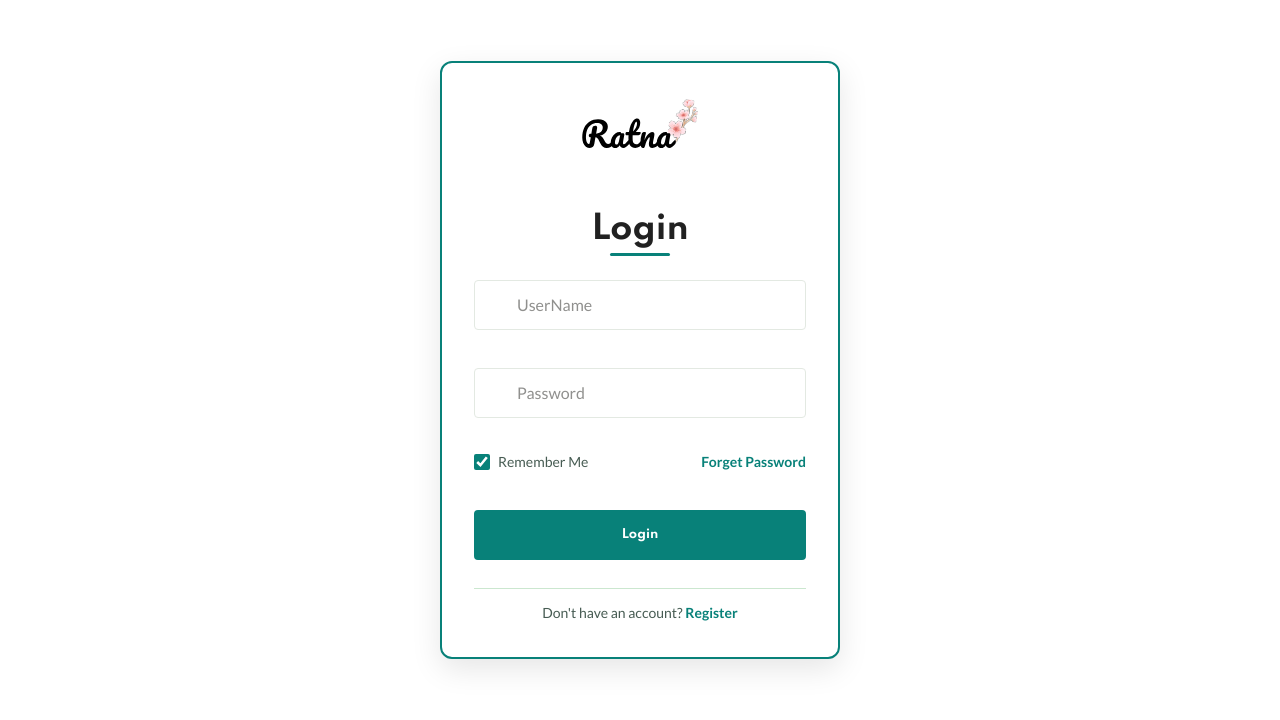
Repository: kapilbairagi/my-ecommerce-website
Page: public/login.html
The author's editor kept a copy of each file at every save. The page is drawn from the files as they stood at one save, then again after the next save.
The browser window is 1280 px wide. The pictures show the whole page.
Some icons come from a web library that is not loaded, so they are not drawn. Some web fonts or font styles are not loaded; a fallback is used.

Above is the page before, as saved 2025-10-18 22:13:30.
Console error: TypeError: Cannot read properties of null (reading 'addEventListener')

After the next save:
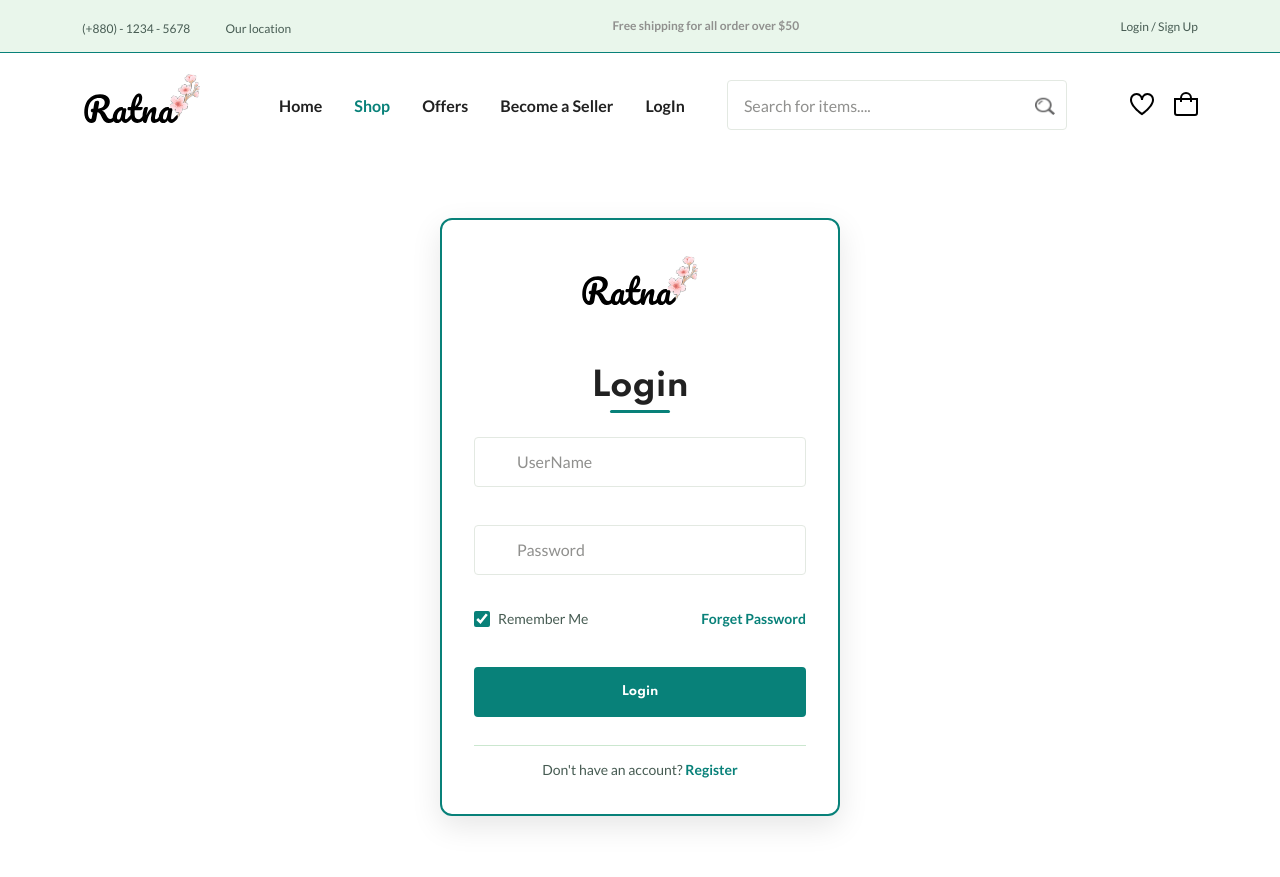
Saved 5 min 27 s later.
--- a/public/login.html
+++ b/public/login.html
@@ -11,6 +11,84 @@
     <title>Login</title>
   </head>
   <body>
+    <!--=============== HEADER ===============-->
+    <header class="header">
+      <div class="header__top">
+        <div class="header__container container">
+          <div class="header__contact">
+            <span>(+880) - 1234 - 5678</span>
+            <span>Our location</span>
+          </div>
+          <p class="header__alert-news">
+            Free shipping for all order over $50
+          </p>
+          <a href="login.html" class="header__top-action">Login / Sign Up</a>
+        </div>
+      </div>
+
+      <nav class="nav container">
+        <a href="index.html" class="nav__logo">
+          <img src="assets/img/logo.svg" alt="Logo" class="nav__logo-img"/>
+        </a>
+
+        <div class="nav__menu" id="nav-menu">
+          <div class="nav__menu-top">
+            <a href="index.html" class="nav__menu-logo">
+              <img src="assets/img/logo.svg" alt="">
+            </a>
+
+            <div class="nav__close" id="nav-close">
+              <i class="fi fi-br-cross-small"></i>
+            </div>
+          </div>
+
+          <ul class="nav__list">
+            <li class="nav__item">
+              <a href="index.html" class="nav__link">Home</a>
+            </li>
+
+            <li class="nav__item">
+              <a href="shop.html" class="nav__link active-link">Shop</a>
+            </li>
+
+            <li class="nav__item">
+              <a href="offers.html" class="nav__link">Offers</a>
+            </li>
+             <li class="nav__item">
+              <a href="become-seller.html" class="nav__link">Become a Seller</a>
+            </li>
+
+            <li class="nav__item">
+              <a href="login.html" class="nav__link">LogIn</a>
+            </li>
+          </ul>
+
+          <div class="header__search">
+            <input type="text" placeholder="Search for items...." class="form__input"/>
+            <button type="button" class="search__btn" aria-label="Search">
+              <img src="assets/img/search.png" alt="icon-search">
+            </button>
+          </div>
+        </div>
+
+
+        <div class="header__user-actions">
+          <a href="wishlist.html" class="header__action-btn">
+            <img src="assets/img/icon-heart.svg" alt="icon-heart">
+            <span class="count"></span>
+          </a>
+
+          <a href="cart.html" class="header__action-btn">
+            <img src="assets/img/icon-cart.svg" alt="icon-cart">
+            <span class="count"></span>
+          </a>
+          <div class="header__action-btn nav__toggle" id="nav-toggle">
+            <img src="assets/img/menu-burger.svg" alt="">
+          </div>
+
+        </div>
+      </nav>
+    </header>
     <!--=============== LOGIN-REGISTER ===============-->
       <section class="login-register section--lg">
         <div class="login-register__container container">
